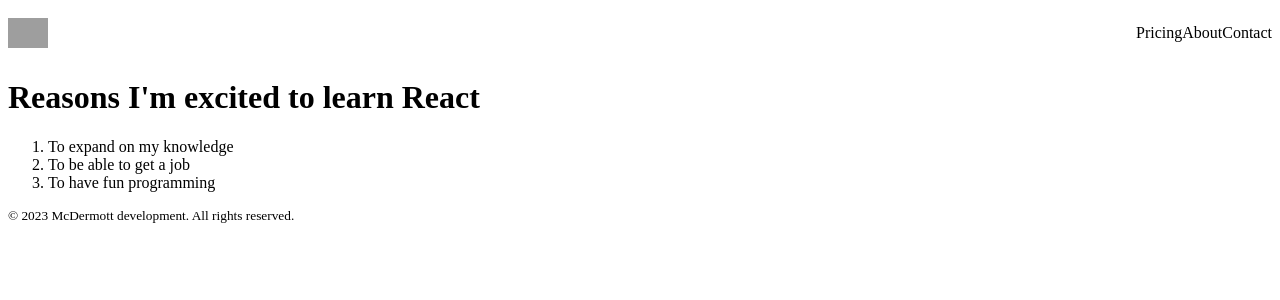
Repository: evemcd/scrimba-react1
Page: index.html
An editor plug-in stored every save of this project. The page is shown before and after the next save, followed by the edit.
The browser window is 1280 px wide. The pictures show the whole page.
Pictures or frames that could not be fetched are drawn as grey boxes. Some web libraries are served in a nearby version.

Above is the page before, as saved 2023-07-31 12:46:32.

After the next save:
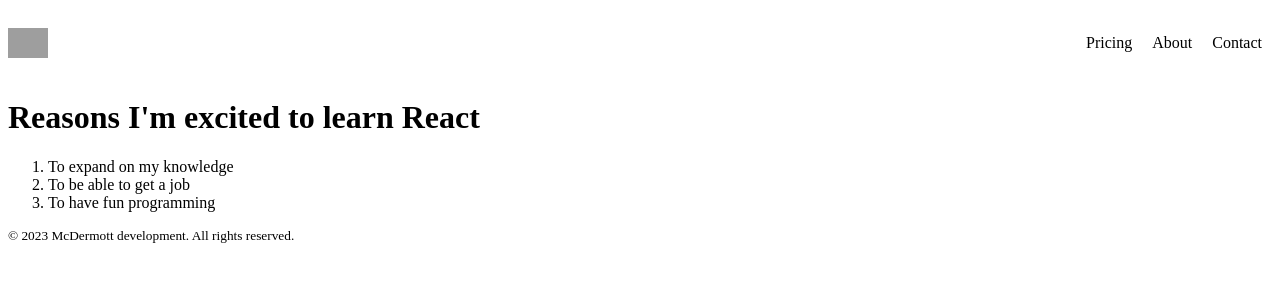
Saved 56 s later.
--- a/index.css
+++ b/index.css
@@ -9,3 +9,7 @@
     display: flex;
     justify-content: flex-end;
 }
+
+.nav-items>li {
+    padding: 10px;
+}
